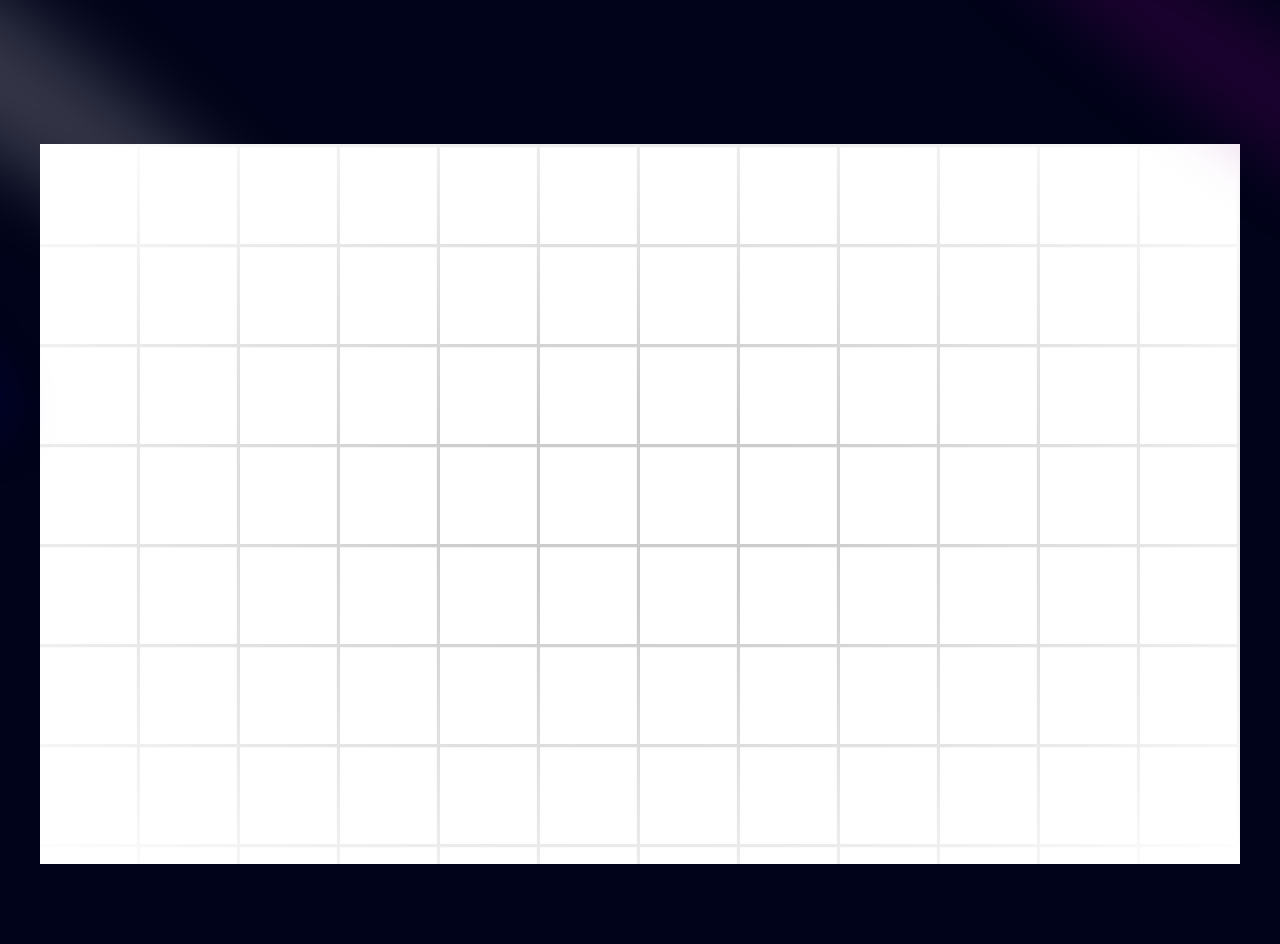
Repository: Carlito-Pedida/node1creative
Page: /
The author's editor kept a copy of each file at every save. The page is drawn from the files as they stood at one save, then again after the next save.
The browser window is 1280 px wide. The pictures show the whole page.
The project was rebuilt for these pictures with package versions that can differ from the ones it lists, and the page was loaded fresh each time. The framework's server and built-in components were replaced by stand-ins that run in the browser. Also part of the build but not shown: next.config.mjs.

Above is the page before, as saved 2024-11-20 14:47:24.

After the next save:
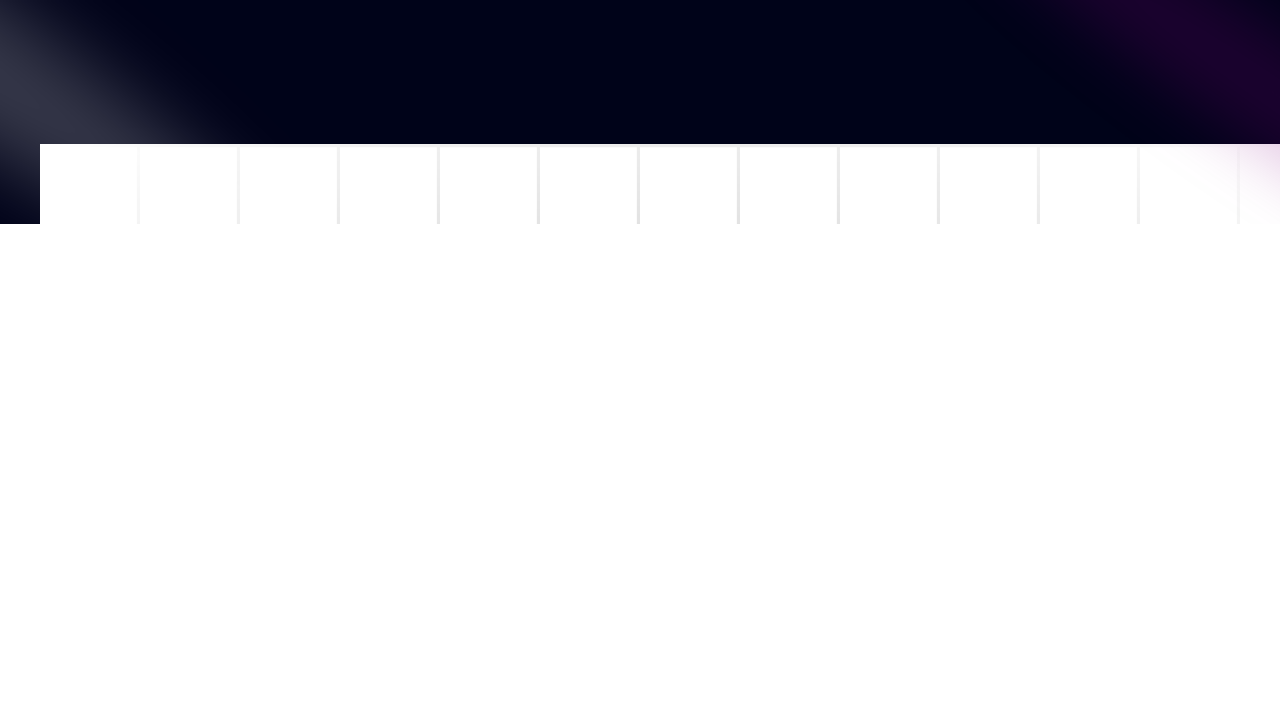
Saved 6 min 53 s later.
--- a/components/Hero.tsx
+++ b/components/Hero.tsx
@@ -15,9 +15,13 @@
         />
         <Spotlight className="-top-30 -left-80 h-[80vh] w-[50vw]" fill="blue" />
       </div>
-      <div className="h-screen w-full dark:bg-black-100 bg-white  dark:bg-grid-white/[0.3] bg-grid-black/[0.2] relative flex items-center justify-center">
+      <div className="h-screen w-full dark:bg-black-100 bg-white  dark:bg-grid-white/[0.03] bg-grid-black/[0.2] flex items-center justify-center absolute">
         {/* Radial gradient for the container to give a faded look */}
         <div className="absolute pointer-events-none inset-0 flex items-center justify-center dark:bg-black-100 bg-white [mask-image:radial-gradient(ellipse_at_center,transparent_20%,black)]" />
+      </div>
+
+      <div className="flex justify-center">
+        <div className="max-w-[89vw"></div>
       </div>
     </div>
   );
